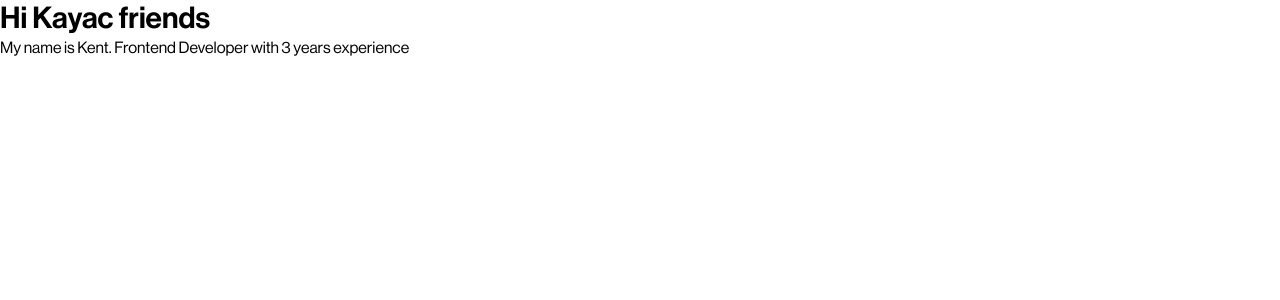
Repository: kentnathaniel/kayac-presentation
Page: /
The author's editor kept a copy of each file at every save. The page is drawn from the files as they stood at one save, then again after the next save.
The browser window is 1280 px wide. The pictures show the whole page.
The project was rebuilt for these pictures with package versions that can differ from the ones it lists, and the page was loaded fresh each time. Also part of the build but not shown: vite.config.ts.

Above is the page before, as saved 2024-09-14 08:56:42.

After the next save:
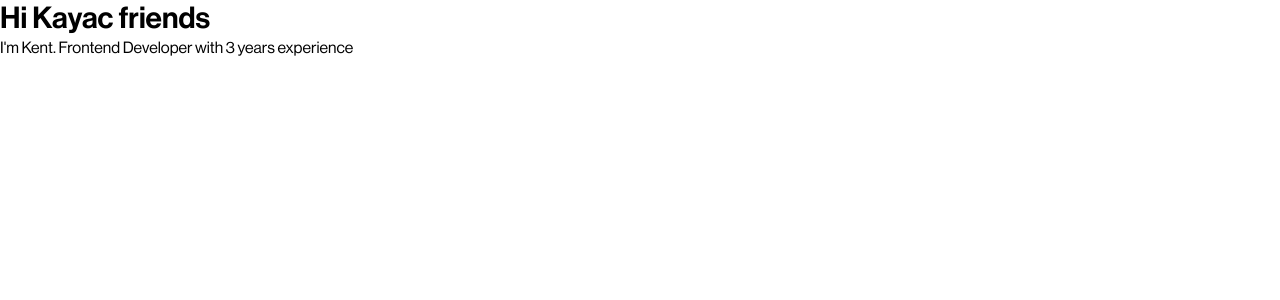
Saved 8 s later.
--- a/src/App.tsx
+++ b/src/App.tsx
@@ -3,7 +3,7 @@ function App() {
     <div>
       <h1 className="text-3xl">Hi Kayac friends</h1>
       <p className="font-thin">
-        My name is Kent. Frontend Developer with 3 years experience
+        I'm Kent. Frontend Developer with 3 years experience
       </p>
     </div>
   );
